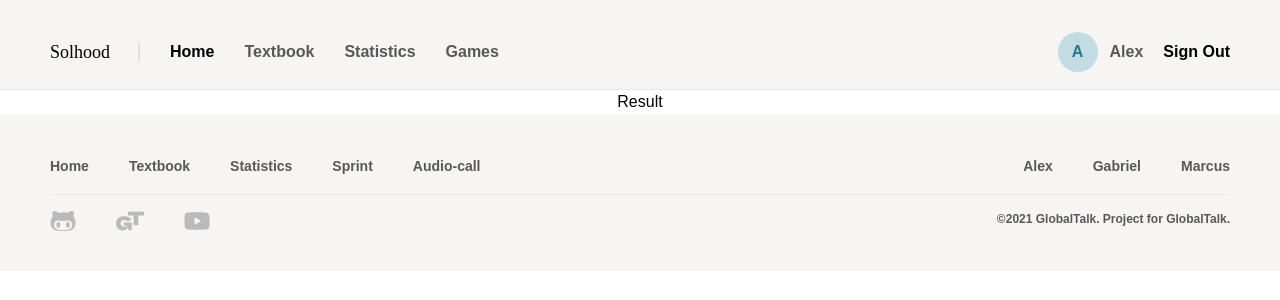
Repository: haudnn/solhood
Page: /result
The author's editor kept a copy of each file at every save. The page is drawn from the files as they stood at one save, then again after the next save.
The browser window is 1280 px wide. The pictures show the whole page.
The project was rebuilt for these pictures with package versions that can differ from the ones it lists, and the page was loaded fresh each time. Also part of the build but not shown: src/pages/Game.tsx, src/pages/Home.tsx, src/pages/Sprint.tsx.

Above is the page before, as saved 2023-01-03 18:20:53.

### src/index.css
@tailwind base;
@tailwind components;
@tailwind utilities;

@import url('https://fonts.googleapis.com/css2?family=Dela+Gothic+One&family=Montserrat:wght@400;500;600;700&display=swap');

@layer components {
    html{
        scroll-behavior: smooth;
    }
    .app-container{
        width: 1180px !important;
        margin: 0 auto !important;
    }
    .wrapper {
        height: calc(100vh - 90px);
        overflow: hidden;
    }
    .line {
        position: relative;
    }
    .wrapper-calc {
        height: calc(100vh - 90px - 157px);
        overflow: hidden;
    }
    .circular-progess::before{
        content: "";
        position: absolute;
        height: 485px;
        width: 485px;
        border-radius: 50%;
        background-color: white;
    }
    .line::before{
        position: absolute;
        content: "";
        right: -30px;
        border-right: 2px solid #e0e0e0 ;
        height: 20px;
        top: 50%;
        transform: translateY(-50%);
    }
    .line-long {
        position: relative;
    }
    .line-long::before{
        position: absolute;
        content: "";
        right: 0px;
        border-right: 2px solid #e0e0e0 ;
        height: 100%;
        top: 50%;
        transform: translateY(-50%);
    }
    .bridge::before {
        position: absolute;
        left:0;
        top:-16px;
        width: 100%;
        height: 20px;
        content:"";
        display: block;
    }
    .grid {
        width: 100%;
        display: block !important;
        padding: 0;
    }

    .grid.wide {
        max-width: 1200px;
        margin: 0 auto;
    }

    .row {
        display: flex;
        flex-wrap: wrap;
        margin-left: -4px;
        margin-right: -4px;
    }

    .row.no-gutters {
        margin-left: 0;
        margin-right: 0;
    }

    .col {
        padding-left: 4px;
        padding-right: 4px;
    }

    .row.no-gutters .col {
        padding-left: 0;
        padding-right: 0;
    }

    .c-0 {
        display: none;
    }

    .c-1 {
        flex: 0 0 8.33333%;
        max-width: 8.33333%;
    }

    .c-2 {
        flex: 0 0 16.66667%;
        max-width: 16.66667%;
    }

    .c-3 {
        flex: 0 0 25%;
        max-width: 25%;
    }

    .c-4 {
        flex: 0 0 33.33333%;
        max-width: 33.33333%;
    }

    .c-5 {
        flex: 0 0 41.66667%;
        max-width: 41.66667%;
    }

    .c-6 {
        flex: 0 0 50%;
        max-width: 50%;
    }

    .c-7 {
        flex: 0 0 58.33333%;
        max-width: 58.33333%;
    }

    .c-8 {
        flex: 0 0 66.66667%;
        max-width: 66.66667%;
    }

    .c-9 {
        flex: 0 0 75%;
        max-width: 75%;
    }

    .c-10 {
        flex: 0 0 83.33333%;
        max-width: 83.33333%;
    }

    .c-11 {
        flex: 0 0 91.66667%;
        max-width: 91.66667%;
    }

    .c-12 {
        flex: 0 0 100%;
        max-width: 100%;
    }

    .c-o-1 {
        margin-left: 8.33333%;
    }

    .c-o-2 {
        margin-left: 16.66667%;
    }

    .c-o-3 {
        margin-left: 25%;
    }

    .c-o-4 {
        margin-left: 33.33333%;
    }

    .c-o-5 {
        margin-left: 41.66667%;
    }

    .c-o-6 {
        margin-left: 50%;
    }

    .c-o-7 {
        margin-left: 58.33333%;
    }

    .c-o-8 {
        margin-left: 66.66667%;
    }

    .c-o-9 {
        margin-left: 75%;
    }

    .c-o-10 {
        margin-left: 83.33333%;
    }

    .c-o-11 {
        margin-left: 91.66667%;
    }

    /* >= Tablet */
    @media (min-width: 740px) {
        .row {
            margin-left: -8px;
            margin-right: -8px;
        }

        .col {
            padding-left: 8px;
            padding-right: 8px;
        }

        .m-0 {
            display: none;
        }

        .m-1,
        .m-2,
        .m-3,
        .m-4,
        .m-5,
        .m-6,
        .m-7,
        .m-8,
        .m-9,
        .m-10,
        .m-11,
        .m-12 {
            display: block;
        }

        .m-1 {
            flex: 0 0 8.33333%;
            max-width: 8.33333%;
        }

        .m-2 {
            flex: 0 0 16.66667%;
            max-width: 16.66667%;
        }

        .m-3 {
            flex: 0 0 25%;
            max-width: 25%;
        }

        .m-4 {
            flex: 0 0 33.33333%;
            max-width: 33.33333%;
        }

        .m-5 {
            flex: 0 0 41.66667%;
            max-width: 41.66667%;
        }

        .m-6 {
            flex: 0 0 50%;
            max-width: 50%;
        }

        .m-7 {
            flex: 0 0 58.33333%;
            max-width: 58.33333%;
        }

        .m-8 {
            flex: 0 0 66.66667%;
            max-width: 66.66667%;
        }

        .m-9 {
            flex: 0 0 75%;
            max-width: 75%;
        }

        .m-10 {
            flex: 0 0 83.33333%;
            max-width: 83.33333%;
        }

        .m-11 {
            flex: 0 0 91.66667%;
            max-width: 91.66667%;
        }

        .m-12 {
            flex: 0 0 100%;
            max-width: 100%;
        }

        .m-o-1 {
            margin-left: 8.33333%;
        }

        .m-o-2 {
            margin-left: 16.66667%;
        }

        .m-o-3 {
            margin-left: 25%;
        }

        .m-o-4 {
            margin-left: 33.33333%;
        }

        .m-o-5 {
            margin-left: 41.66667%;
        }

        .m-o-6 {
            margin-left: 50%;
        }

        .m-o-7 {
            margin-left: 58.33333%;
        }

        .m-o-8 {
            margin-left: 66.66667%;
        }

        .m-o-9 {
            margin-left: 75%;
        }

        .m-o-10 {
            margin-left: 83.33333%;
        }

        .m-o-11 {
            margin-left: 91.66667%;
        }
    }

    /* PC medium resolution > */
    @media (min-width: 1113px) {
        .row {
            margin-left: -12px;
            margin-right: -12px;
        }

        .row.sm-gutter {
            margin-left: -5px;
            margin-right: -5px;
        }

        .col {
            padding-left: 12px;
            padding-right: 12px;
        }

        .row.sm-gutter .col {
            padding-left: 5px;
            padding-right: 5px;
        }

        .l-0 {
            display: none;
        }

        .l-1,
        .l-2,
        .l-2-4,
        .l-3,
        .l-4,
        .l-5,
        .l-6,
        .l-7,
        .l-8,
        .l-9,
        .l-10,
        .l-11,
        .l-12 {
            display: block;
        }

        .l-1 {
            flex: 0 0 8.33333%;
            max-width: 8.33333%;
        }

        .l-2 {
            flex: 0 0 16.66667%;
            max-width: 16.66667%;
        }

        .l-2-4 {
            flex: 0 0 20%;
            max-width: 20%;
        }

        .l-3 {
            flex: 0 0 25%;
            max-width: 25%;
        }

        .l-4 {
            flex: 0 0 33.33333%;
            max-width: 33.33333%;
        }

        .l-5 {
            flex: 0 0 41.66667%;
            max-width: 41.66667%;
        }

        .l-6 {
            flex: 0 0 50%;
            max-width: 50%;
        }

        .l-7 {
            flex: 0 0 58.33333%;
            max-width: 58.33333%;
        }

        .l-8 {
            flex: 0 0 66.66667%;
            max-width: 66.66667%;
        }

        .l-9 {
            flex: 0 0 75%;
            max-width: 75%;
        }

        .l-10 {
            flex: 0 0 83.33333%;
            max-width: 83.33333%;
        }

        .l-11 {
            flex: 0 0 91.66667%;
            max-width: 91.66667%;
        }

        .l-12 {
            flex: 0 0 100%;
            max-width: 100%;
        }

        .l-o-1 {
            margin-left: 8.33333%;
        }

        .l-o-2 {
            margin-left: 16.66667%;
        }

        .l-o-3 {
            margin-left: 25%;
        }

        .l-o-4 {
            margin-left: 33.33333%;
        }

        .l-o-5 {
            margin-left: 41.66667%;
        }

        .l-o-6 {
            margin-left: 50%;
        }

        .l-o-7 {
            margin-left: 58.33333%;
        }

        .l-o-8 {
            margin-left: 66.66667%;
        }

        .l-o-9 {
            margin-left: 75%;
        }

        .l-o-10 {
            margin-left: 83.33333%;
        }

        .l-o-11 {
            margin-left: 91.66667%;
        }
    }

    /* Tablet - PC low resolution */
    @media (min-width: 740px) and (max-width: 1023px) {
        .wide {
            width: 644px;
        }
    }

    /* > PC low resolution */
    @media (min-width: 1024px) and (max-width: 1239px) {
        .wide {
            width: 984px;
        }

        .wide .row {
            margin-left: -12px;
            margin-right: -12px;
        }

        .wide .row.sm-gutter {
            margin-left: -5px;
            margin-right: -5px;
        }

        .wide .col {
            padding-left: 12px;
            padding-right: 12px;
        }

        .wide .row.sm-gutter .col {
            padding-left: 5px;
            padding-right: 5px;
        }

        .wide .l-0 {
            display: none;
        }

        .wide .l-1,
        .wide .l-2,
        .wide .l-2-4,
        .wide .l-3,
        .wide .l-4,
        .wide .l-5,
        .wide .l-6,
        .wide .l-7,
        .wide .l-8,
        .wide .l-9,
        .wide .l-10,
        .wide .l-11,
        .wide .l-12 {
            display: block;
        }

        .wide .l-1 {
            flex: 0 0 8.33333%;
            max-width: 8.33333%;
        }

        .wide .l-2 {
            flex: 0 0 16.66667%;
            max-width: 16.66667%;
        }

        .wide .l-2-4 {
            flex: 0 0 20%;
            max-width: 20%;
        }

        .wide .l-3 {
            flex: 0 0 25%;
            max-width: 25%;
        }

        .wide .l-4 {
            flex: 0 0 33.33333%;
            max-width: 33.33333%;
        }

        .wide .l-5 {
            flex: 0 0 41.66667%;
            max-width: 41.66667%;
        }

        .wide .l-6 {
            flex: 0 0 50%;
            max-width: 50%;
        }

        .wide .l-7 {
            flex: 0 0 58.33333%;
            max-width: 58.33333%;
        }

        .wide .l-8 {
            flex: 0 0 66.66667%;
            max-width: 66.66667%;
        }

        .wide .l-9 {
            flex: 0 0 75%;
            max-width: 75%;
        }

        .wide .l-10 {
            flex: 0 0 83.33333%;
            max-width: 83.33333%;
        }

        .wide .l-11 {
            flex: 0 0 91.66667%;
            max-width: 91.66667%;
        }

        .wide .l-12 {
            flex: 0 0 100%;
            max-width: 100%;
        }

        .wide .l-o-1 {
            margin-left: 8.33333%;
        }

        .wide .l-o-2 {
            margin-left: 16.66667%;
        }

        .wide .l-o-3 {
            margin-left: 25%;
        }

        .wide .l-o-4 {
            margin-left: 33.33333%;
        }

        .wide .l-o-5 {
            margin-left: 41.66667%;
        }

        .wide .l-o-6 {
            margin-left: 50%;
        }

        .wide .l-o-7 {
            margin-left: 58.33333%;
        }

        .wide .l-o-8 {
            margin-left: 66.66667%;
        }

        .wide .l-o-9 {
            margin-left: 75%;
        }

        .wide .l-o-10 {
            margin-left: 83.33333%;
        }

        .wide .l-o-11 {
            margin-left: 91.66667%;
        }
    }
}

### src/App.tsx
import "./App.css";
import { BrowserRouter } from 'react-router-dom';
import RouterConfig from './config/RouterConfig';
import Footer from "./components/Layout/Footer";
import Header from "./components/Layout/Header";
function App() {
  return (
    <div className="App font-montserrat">
      <BrowserRouter>
        <Header />
        <RouterConfig/>
        <Footer/>
      </BrowserRouter>
    </div>
  );
}

export default App;

### src/config/RouterConfig.tsx
import React from 'react'
import { Routes, Route } from 'react-router-dom';
import {router} from '../constants';
const RouterConfig = () => {
  return (
    <Routes>
    {router.map(({ path, component }) => (
      <Route key={path} path={path} element={component} />
    ))}
  </Routes>
  )
}

export default RouterConfig

### src/components/Layout/Footer.tsx
import React from "react";
import github from '../../assets/imgs/github.png';
import GT from '../../assets/imgs/GT.png'
import youtube from '../../assets/imgs/youtube.png'
const Footer = () => {
  return (
    <footer>
      <div className="bg-greyligt py-[40px]">
        <div className="app-container">
          <div className="pb-4 border-b border-solid boder-[greymedium]">
            <div className="grid">
              <div className="row">
                <div className="col l-6">
                  <ul className="flex items-center gap-x-10">
                    <li>
                      <a
                        className="text-sm font-semibold text-greydark"
                        href="/"
                      >
                        Home
                      </a>
                    </li>
                    <li>
                      <a
                        className="text-sm font-semibold text-greydark"
                        href="/"
                      >
                        Textbook
                      </a>
                    </li>
                    <li>
                      <a
                        className="text-sm font-semibold text-greydark"
                        href="/"
                      >
                        Statistics
                      </a>
                    </li>
                    <li>
                      <a
                        className="text-sm font-semibold text-greydark"
                        href="/"
                      >
                        Sprint
                      </a>
                    </li>
                    <li>
                      <a
                        className="text-sm font-semibold text-greydark"
                        href="/"
                      >
                        Audio-call
                      </a>
                    </li>
                  </ul>
                </div>
                <div className="col l-6">
                  <ul className="flex items-center justify-end gap-x-10">
                    <li>
                      <a
                        className="text-sm font-semibold text-greydark"
                        href="/"
                      >
                        Alex
                      </a>
                    </li>
                    <li>
                      <a
                        className="text-sm font-semibold text-greydark"
                        href="/"
                      >
                        Gabriel
                      </a>
                    </li>
                    <li>
                      <a
                        className="text-sm font-semibold text-greydark"
                        href="/"
                      >
                        Marcus
                      </a>
                    </li>
                  </ul>
                </div>
              </div>
            </div>
          </div>
          <div className="pt-4">
            <div className="grid">
              <div className="row">
                <div className="col l-6">
                  <ul className="flex items-center gap-x-10">
                    <li>
                      <a href="/">
                        <img src={github} alt="" />
                      </a>
                    </li>
                    <li>
                      <a href="/">
                        <img src={GT} alt="" />
                      </a>
                    </li>
                    <li>
                      <a href="/">
                        <img src={youtube} alt="" />
                      </a>
                    </li>
                  </ul>
                </div>
                <div className="col l-6">
                  <div className="flex items-center justify-end">
                    <span className="text-xs font-semibold text-greydark ">
                      ©2021 GlobalTalk. Project for GlobalTalk.
                    </span>
                  </div>
                </div>
              </div>
            </div>
          </div>
        </div>
      </div>
    </footer>
  );
};

export default Footer;

### src/components/Layout/Header.tsx
import React from "react";

const Header = () => {
  return (
      <header className="py-8 border-b border-solid border-[grey-dark] bg-greyligt max-h-[90px]">
        <div className="app-container">
          <div className="grid">
            <div className="row">
              <div className="col l-6">
                <div className="flex items-center gap-x-[60px] h-full">
                  <div className="line">
                    <a href="/" className="text-lg text-black font-dela">Solhood</a>
                  </div>
                  <div className="">
                    <ul className="flex items-center gap-x-[30px]">
                      <li>
                        <a
                          className="text-base font-semibold text-black"
                          href="/"
                        >
                          Home
                        </a>
                      </li>
                      <li>
                        <a
                          className="text-base font-semibold text-greydark"
                          href="/"
                        >
                          Textbook
                        </a>
                      </li>
                      <li>
                        <a
                          className="text-base font-semibold text-greydark"
                          href="/"
                        >
                          Statistics
                        </a>
                      </li>
                      <li className="relative group">
                        <a
                          className="text-base font-semibold text-greydark"
                          href="/"
                        >
                          Games
                        </a>
                        <div className="z-10 group-hover:block hidden absolute bg-white rounded-xl shadow-lg w-[215px] p-5 top-10 bridge">
                          <ul>
                            <li className="mb-2 text-base font-semibold text-greydark">
                              <a href="/sprint">Sprint</a>
                            </li>
                            <li>
                              <a href="/" className="text-base font-semibold text-greydark">Audio call</a>
                            </li>
                          </ul>
                        </div>
                      </li>
                    </ul>
                  </div>
                </div>
              </div>
              <div className="col l-6">
                <div className="flex justify-end">
                  <div className="flex items-center mr-5 gap-x-3">
                    <div className="flex items-center justify-center w-10 h-10 rounded-[50%] bg-cyanlight">
                      <span className="text-base font-semibold text-cyandark">
                        A
                      </span>
                    </div>
                    <span className="text-base font-semibold text-greydark">
                      Alex
                    </span>
                  </div>
                  <div className="flex items-center">
                    <a href="/" className="text-base font-semibold text-black">
                      Sign Out
                    </a>
                  </div>
                </div>
              </div>
            </div>
          </div>
        </div>
      </header>
  );
};

export default Header;

### src/constants/index.ts
import router from "./router"

export {router}

### src/constants/router.tsx
import Game from "../pages/Game";
import Home from "../pages/Home";
import Result from "../pages/Result";
import Sprint from "../pages/Sprint";
const router = [
 {
    path: '/',
    component: <Home />,
 },
 {
   path: '/sprint',
   component: <Sprint />,
 },
 {
  path: '/game',
   component: <Game />,
 },
 {
  path: '/result',
   component: <Result />,
 }

]
export default router;

### src/pages/Result.tsx
import React from 'react'

const Result = () => {
  return (
    <div>Result</div>
  )
}

export default Result

### tailwind.config.js
/** @type {import('tailwindcss').Config} */
module.exports = {
  content: ["./src/**/*.{html,jsx,js,tsx}"],
  theme: {
    fontFamily: {
      dela: ["Dela Gothic One", "cursive"],
      montserrat: ["Montserrat", "sans-serif"],
    },
    extend: {
      colors: {
        cyandesign: "#5996a5",
        cyandark: "#2b788b",
        cyanlight: "#c3dce3",
        pinkdesign: "#a15993",
        pinkdark: "#945069",
        pinklight: "#f2d4dc",
        black: "#000000",
        greyligt: "#f6f5f4",
        greymedium: "#e0e0e0",
        greyicon: "#bababa",
        greydark: "#585858",
        greendesign: "#639b6d",
        reddesign: "#a95151",
        yellowdesign: "#c4a24c",
        orangedesign: "#cb5b43",
      },
    },
  },
  plugins: [],
}

Loaded but not shown: public/index.html (common file); src/index.tsx (common file); src/App.css (common file)

After the next save:
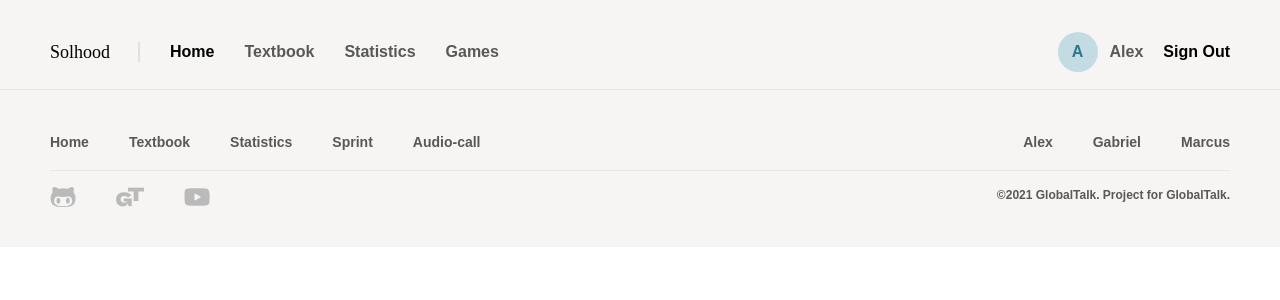
Saved 5 min 46 s later.
--- a/src/pages/Result.tsx
+++ b/src/pages/Result.tsx
@@ -2,7 +2,9 @@ import React from 'react'
 
 const Result = () => {
   return (
-    <div>Result</div>
+    <div className="result bg-greyligt">
+
+    </div>
   )
 }
 
